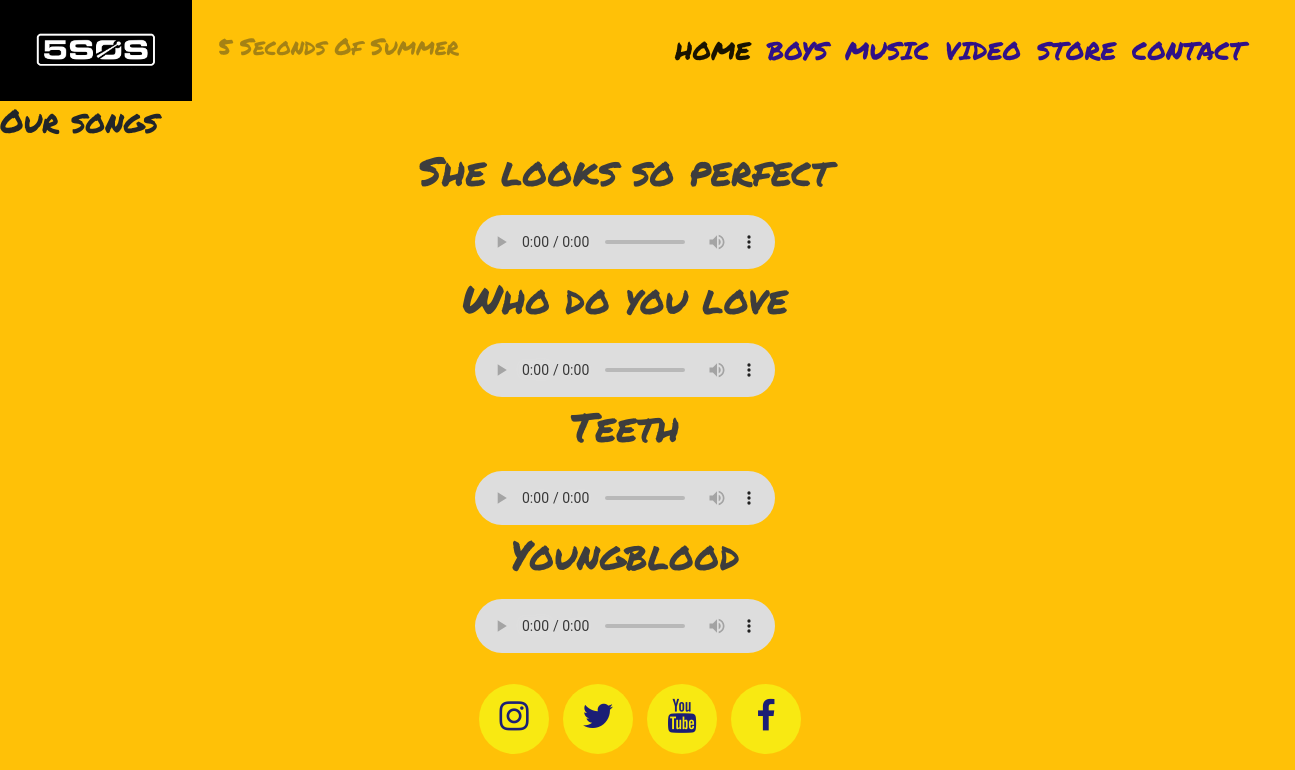
Repository: sun5lower/5SOS
Page: music.html
The author's editor kept a record of every edit. The page is drawn from the files as they stood at one moment, then again after the next edit.
The browser window is 1280 px wide. The page is 1295 px wide, so the pictures cover 1295 px, including what lies to the right of the window. The pictures show the whole page.

Above is the page before.

### music.html
<!DOCTYPE html>
<html lang="en">

<head>
    <meta charset="UTF-8">
    <meta name="viewport" content="width=device-width, initial-scale=1.0">
    <meta http-equiv="X-UA-Compatible" content="ie=edge">
    <link rel="stylesheet" href="https://stackpath.bootstrapcdn.com/bootstrap/4.3.1/css/bootstrap.min.css" type="text/css" />
    <link rel="stylesheet" href="https://stackpath.bootstrapcdn.com/font-awesome/4.7.0/css/font-awesome.min.css" type="text/css" />
    <link rel="stylesheet" href="https://cdnjs.cloudflare.com/ajax/libs/hover.css/2.3.1/css/hover-min.css" type="text/css" />
    <link rel="stylesheet" href="assets/css/style.css" type="text/css" />
    <title>5sos</title>

</head>

<body>

    <!--Navigation-->

    <header class="container-fluid">
        <div class="row no-gutters">
            <div class="col-6 col-md-6">
                <a href=index.html><img src="assets/images/brand5.png" class="navbar-brand"></a>
                <h4 class="band-name">5 Seconds Of Summer</h4>
            </div>
            <nav class="col-4 col-md-6 navbar navbar-expand-md navbar-light bg-dark sticky-top expand-md">
                <button class="navbar-toggler ml-auto" type="button" data-toggle="collapse" data-target="#navbarNavDropdown" aria-controls="navbarNavDropdown" aria-expanded="false" aria-label="Toggle navigation">
                    <span class="navbar-toggler-icon"></span>
                </button>
                <div class="collapse navbar-collapse" id="navbarNavDropdown">
                    <ul class="navbar-nav ml-auto navbar-center">
                        <li class="nav-item active">
                            <a href="index.html" class="nav-link  hvr-buzz">HOME</a>
                        </li>
                        <li class="nav-item">
                            <a class="nav-link hvr-buzz" href="boys.html">BOYS</a>
                        </li>
                        <li class="nav-item">
                            <a class="nav-link  hvr-buzz" href="music.html">MUSIC</a>
                        </li>
                        <li class="nav-item">
                            <a class="nav-link  hvr-buzz" href="video.html">VIDEO</a>
                        </li>
                        <li class="nav-item">
                            <a class="nav-link  hvr-buzz" href="store.html">STORE</a>
                        </li>
                        <li class="nav-item">
                            <a class="nav-link  hvr-buzz" href="contact.html">CONTACT</a>
                        </li>

                    </ul>
                </div>
            </nav>
        </div>
    </header>

    <h2 class="song-list">Our songs</h2>

    <!--Audio files-->

     <!--I've taken inspiration from www.w3schools.com to create an  audio file.
     And audio file itself comes from my computers library,which I've downloaded from YouTube and converted to mp3 format -->
    <section class="audio-section">
        <div class="container-fluid audio">
            <div class="row music ">
                <div class="col-12 audio-file ">
                    <h1 class="title">She looks so perfect</h1>
                    <audio controls>
        <source src="assets/she-looks-so-perfect.mp3" type="audio/ogg">
 </audio>
                </div>

                <br>
                <div class="col-12 audio-file ">
                    <h1 class="title">Who do you love</h1>
                    <audio controls>
         <source src="assets/who-do-you-love.mp3" type="audio/ogg">

 </audio>
                </div>
                <br>


                <div class="col-12 audio-file ">
                    <h1 class="title">Teeth</h1>
                    <audio controls>
  <source src="assets/teeth.mp3" type="audio/ogg">
 </audio>
                </div> <br>

                <div class="col-12 audio-file">
                    <h1 class="title">Youngblood</h1>
                    <audio controls>
        <source src="assets/youngblood.mp3" type="audio/ogg">
 </audio>
                </div>

    </section>
    <!--Footer-->
    <div class="container-fluid">
        <div class="row text-center">
            <div class="col-12 ">
                <ul class="list-inline social-links">
                    <li class="list-inline-item">
                        <a target="_blank" href="https://www.instagram.com/5sos/">
                            <i class="fa fa-instagram" aria-hidden="true"></i>
                            <span class="sr-only">Instagram</span>
                        </a>
                    </li>


                    <li class="list-inline-item">
                        <a target="_blank" href="https://twitter.com/5SOS">
                            <i class="fa fa-twitter" aria-hidden="true"></i>
                            <span class="sr-only">Twitter</span>
                        </a>
                    </li>

                    <li class="list-inline-item">
                        <a target="_blank" href="https://www.youtube.com/channel/UC-vKwDHcbPLtjml81ohGRng">
                            <i class="fa fa-youtube" aria-hidden="true"></i>
                            <span class="sr-only">YouTube</span>
                        </a>
                    </li>
                    <li class="list-inline-item">
                        <a target="_blank" href="https://www.facebook.com/176437022408772/photos/2660836317302151/">
                            <i class="fa fa-facebook" aria-hidden="true"></i>
                            <span class="sr-only">Facebook</span>
                        </a>
                    </li>
                </ul>

            </div>
        </div>
    </div>
    </div>
    <script src="https://ajax.googleapis.com/ajax/libs/jquery/3.4.1/jquery.min.js"></script>
    <script src="https://maxcdn.bootstrapcdn.com/bootstrap/3.4.0/js/bootstrap.min.js"></script>
    <script src="https://ajax.googleapis.com/ajax/libs/jquery/3.4.1/jquery.min.js"></script>
    <script src="https://cdnjs.cloudflare.com/ajax/libs/popper.js/1.14.7/umd/popper.min.js"></script>
    <script src="https://maxcdn.bootstrapcdn.com/bootstrap/4.3.1/js/bootstrap.min.js"></script>
</body>

</html>

### assets/css/style.css
  @import url('https://fonts.googleapis.com/css?family=Permanent+Marker: 100,200,300,400,500,600,700,800');

  /*----------------------------------------------------------Colors */

  .uppercase {
      color: #8B1616;
  }

  .h1.display-2 {
      padding: 0;
      color: #F6EF12;
  }


  p {
      text-align: center;
  }



  body {
      background-color: #ffc107;
      font-family: Permanent Marker;
      }

  .display-4 {
      color: #000000;
      text-transform: uppercase;
      font-family: Permanent Marker;
      text-align: center;
      font-size: 40px;
  }



  .bg-dark {
      background-color: #ffc107!important;
  }

  .container-fluid {
      padding: 0;
      margin: 0;
      text-align: justify;
  }


  div.container-fluid.card {
      padding: 0;
      margin: 0;
  }


  /*----------------------------------------------------------Navbar  */

  img.navbar-brand {
      padding: 0;
      margin: 0;
  }




  .navbar-nav.navbar-center {
      position: absolute;
      left: 50%;
      transform: translatex(-50%);
  }

  .navbar-brand {
      padding: 0;
      margin: 0;
      max-width: 30%;
      background-size: auto;
      background-position: center;

  }

  .band-name {
      display: inline-block;
      padding-left: 20px;
      margin-top: 10px;
      font-size: 23px;
      opacity: 0.4;
      filter: alpha(opacity=50);
  }

  .band-name:hover {
      opacity: 1.0;
      filter: alpha(opacity=100);
  }



  .navbar-light .navbar-nav .nav-link {
      color: #301188;
      font-family: Permanent Marker;
      font-size: 25px;
  }




  /* ---------------------------------------------------Carousel */

  .carousel-inner img {
      width: 100%;
      height: 100%;
  }

  #myCarousel {
      margin: 0;
      padding: 0;
  }

  .carousel-item {
      position: relative;
      margin-right: -100%;
      width: 100%;
  }

  .carousel-caption {
     text-alighn: center;
     color: #FFc107;
     font-weight: 700;

  }

  /* ---------------------------------------------------Boys page */

  .card-img-top {
      background-color: #ffc107;
      size: auto;
      margin-top: 0;

  }

  .card {
      background-color: #ffc107;
      border-color: transparent;
      text-transform: capitalize;
      font-size: 28px;
      color: #1B1E76;

  }

  h4.card.title {
      font: bold;
  }

  p.card-text {
      font-size: 20px;
  }

.card-body {
    text-align: center;
}

  /* ---------------------------------------------------Jumbotron */

  .row.jumbotron {
      text-transform: capitalize;
      font-size: 25px;
      color: #1B1E76;
      background-color: #ffc107;
      font-family: Permanent Marker;
      text-align: center;
      margin-left: 40px;
      position: relative;
  }

  .jumbotron {
      background-color: #ffc107;

  }


  /* ---------------------------------------------------Video */

  .videoFrame {
      width: 100%;
  }

  .videoFrame iframe {
      margin: 0 auto;
      display: block;
      width: 560px;
  }

  /* ---------------------------------------------------Audio */
.container-fluid .audio {
    display: inline-block;
}

  .audio-file {
      text-align: center;
      margin: auto;
      color: #1B1E76;
      box-sizing: border-box;
      width: 100%;

  }

  .audio {
      filter: sepia(20%) saturate(70%) grayscale(1) contrast(99%) invert(12%);
      display: inline-block;
      margin-bottom: 25px;

  }



  .container {
      border-radius: 5px;
      background-color: #ffc107;

      width: 100%;
  }

  .title {
      display: inline-block;
      margin-bottom: 20px;
      width: 100%;

  }

  .music {
      box-sizing: border-box;
      width: 100%;
  }




  /* ---------------------------------------------------Form/Contact */

  input[type=text],
  select,
  textarea {
      width: 100%;
      padding: 12px;
      border: 1px solid #ccc;
      border-radius: 4px;
      box-sizing: border-box;
      margin-top: 6px;
      margin-bottom: 16px;
      resize: vertical;
  }



 /* This is a styling for the "send" button   */

.input {
      background-color: #fafafa;
      color: #090908;
      border-radius: 10px;
       padding: 12px 20px;
      border: none;
      cursor: pointer;
  }

  input: hover {
      background-color: #00ff00;
      color: green;
  }

  input[type=submit] {
  background-color: #4CAF50;
  color: white;
  padding: 12px 20px;
  border: none;
  border-radius: 4px;
  cursor: pointer;
}

input[type=submit]:hover {
  background-color: #45a049;
}

  /* ---------------------------------------------------Store  */

  .btn {
      color: #9B59B6;
      background-color: #a9cc29;
      border: hidden;


  }

  .btn:hover {
      background-color: #1C1C73;

  }

  .btn-primary {
      color: #090b7a;
  }

  .shopping i {
      font-size: 26px;
      color: #090b7a;
      text-align: center;
      padding-left: 5px;
      transition: all 0.45s ease-in-out;
      -moz-transition: all 0.45s ease-in-out;
      -webkit-transition: all 0.35s ease-in-out;
      -o-transition: all 0.45s ease-in-out;
  }

  .shopping i:hover {
      color: #edf2f2;
  }

  body {
      margin: 0;

  }

  .hero-image {
      background: url("../images/merch.jpeg");
      background-color: #cccccc;
      height: 500px;
      background-position: center;
      background-repeat: no-repeat;
      background-size: cover;
      position: relative;
  }

  .hero-text {
      text-align: center;
      position: absolute;
      top: 50%;
      left: 50%;
      transform: translate(-50%, -50%);
      color: #edf2f2;
  }

  /* ---------------------------------------------------Footer */

  .social-links li a i {
      width: 70px;
      height: 70px;
      padding: 30px 0;
      border-radius: 100%;
      font-size: 34px;
      line-height: 4px;
      text-align: center;
      color: #1B1E76;
      background: #F8E912;
      transition: 0.35s ease-in-out;
      -moz-transition: all 0.35s ease-in-out;
      -webkit-transition: all 0.35s ease-in-out;
      -o-transition: all 0.35s ease-in-out;
  }

  .social-links li a i:hover {
      background: #C0C0C0;

  }

  .social {
      padding-bottom: 40px;
      padding-top: 45px;
      margin-top: 50px;
  }

After the next edit:
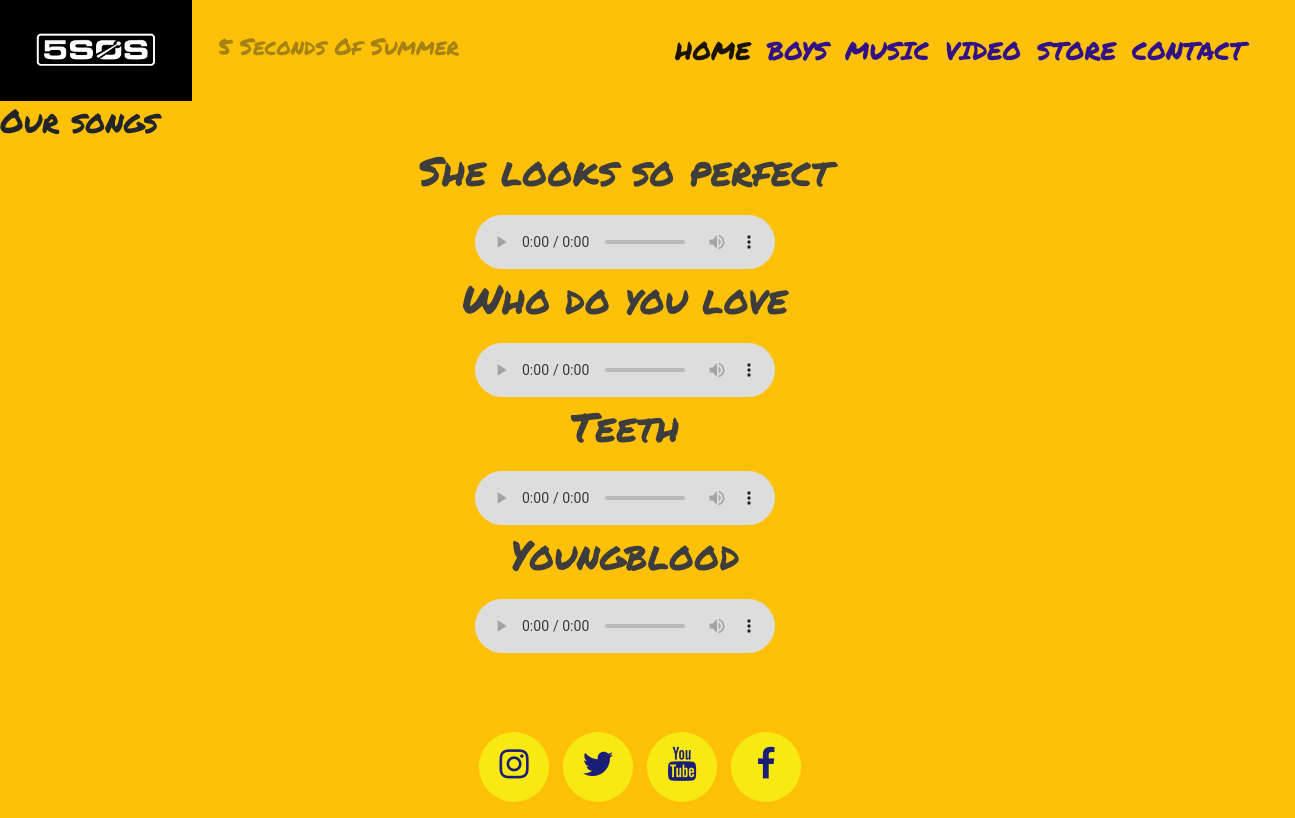
The edit:
--- a/music.html
+++ b/music.html
@@ -94,8 +94,9 @@
         <source src="assets/youngblood.mp3" type="audio/ogg">
  </audio>
                 </div>
-
-    </section>
+               </section>
+                <br>
+                <br>
     <!--Footer-->
     <div class="container-fluid">
         <div class="row text-center">
